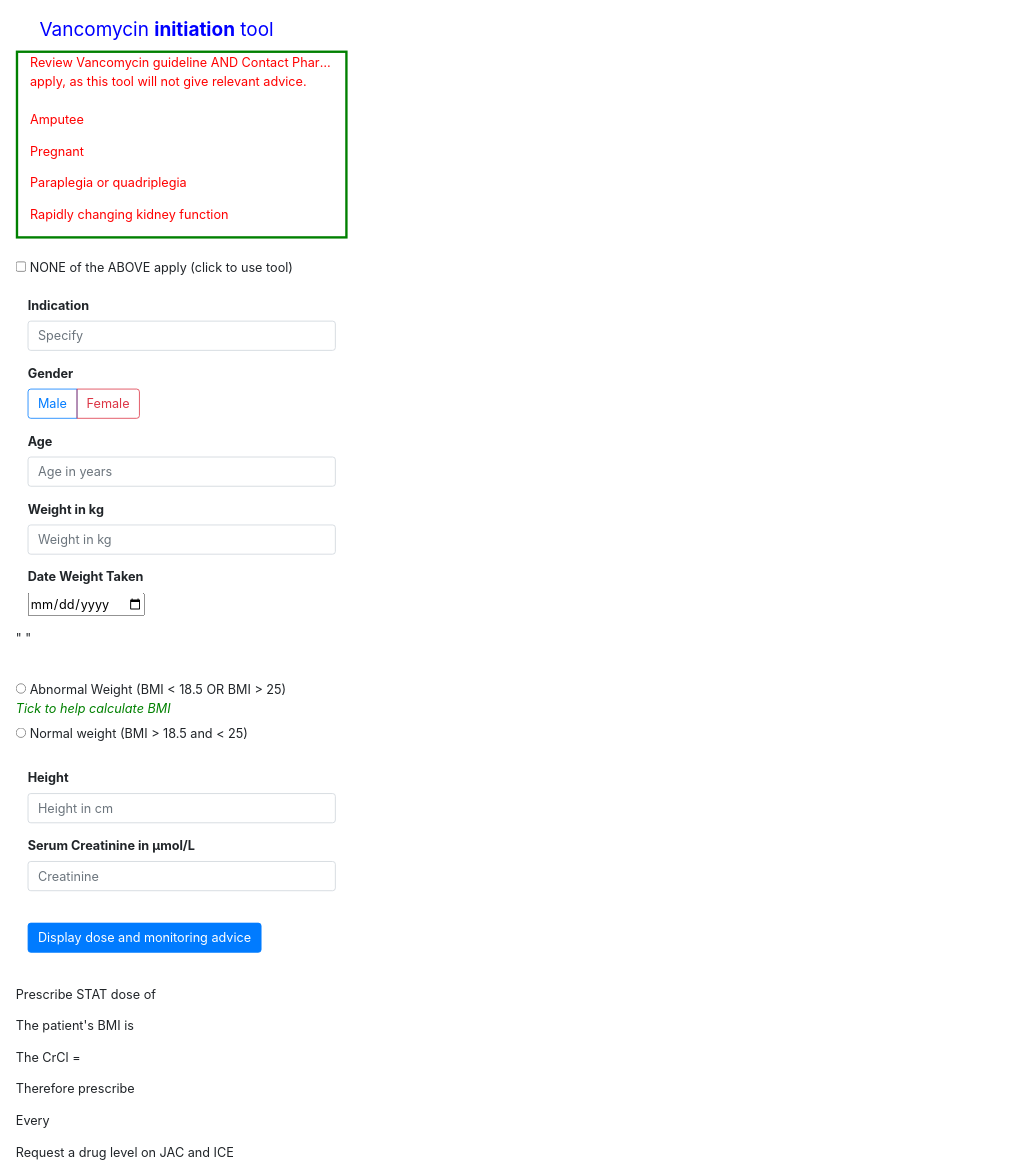
Repository: Mismiles/project-clinical-calculator
Page: index.html
The author's editor kept a record of every edit. The page is drawn from the files as they stood at one moment, then again after the next edit.
The browser window is 1280 px wide. The pictures show the whole page, at 79% of full size.

Above is the page before.

### index.html
<!doctype html>
<html lang="en">
  <head>
    <!-- Required meta tags -->
    <meta charset="utf-8">
    <meta name="viewport" content="width=device-width, initial-scale=1, shrink-to-fit=no">

    <!-- Bootstrap CSS -->
    <link rel="stylesheet" href="https://stackpath.bootstrapcdn.com/bootstrap/4.3.1/css/bootstrap.min.css" integrity="sha384-ggOyR0iXCbMQv3Xipma34MD+dH/1fQ784/j6cY/iJTQUOhcWr7x9JvoRxT2MZw1T" crossorigin="anonymous">

    <!-- Custom CSS -->
    <link href="css/stylesheet.css" rel="stylesheet">

    <title>Vancomycin calculation tool</title>

  </head>
  <body>

<form name="vanc">
<fieldset>

<!-- Form Name -->
<legend>Vancomycin <b>initiation</b> tool</legend>

<!-- Parameters -->
  <div class="col-lg-4 statement" for="parameters" style="color:red">Review Vancomycin guideline AND Contact Pharmacy if any<br> apply, as this tool will not give relevant advice.
    <br>
    <br>
    <p>Amputee</p>
    <p>Pregnant</p>
    <p>Paraplegia or quadriplegia</p>
    <p>Rapidly changing kidney function</p>
	</div>


<!-- Safe to use tool-->
	<br>
      <input type="checkbox" name="parameters" id="showform" onclick="displayForm()">
      NONE of the ABOVE apply (click to use tool)
  </div>
</div>

<section id='vancform'>
<!-- Indication-->
<br>
<div class="form-group">
  <label class="col-md-4 control-label" for="indication"><b>Indication</b></label>
  <div class="col-md-4">
  <input id="indication" name="indication" type="text" autocomplete="off" placeholder="Specify" class="form-control input-md" required="">
  </div>
</div>

<!-- Gender -->
<div class="form-group" required="">
  <label class="col-md-4 control-label" for="gender"><b>Gender</b></label>
  <div class="col-md-4">
   <div class="btn-group btn-group-toggle" data-toggle="buttons">
  <label class="btn btn-outline-primary">
    <input type="radio" name="options" id="male" autocomplete="off"> Male
  </label>
  <label class="btn btn-outline-danger">
    <input type="radio" name="options" id="female" autocomplete="off"> Female
  </label>
</div>
  </div>
</div>

<!-- Age-->
<div class="form-group">
  <label class="col-md-4 control-label" for="age"><b>Age</b></label>
  <div class="col-md-4">
  <input id="age" name="age" type="text" maxlength="3" placeholder="Age in years" autocomplete="off" class="form-control input-md" required="">
  </div>
</div>

<!-- Weight-->
<div class="form-group">
  <label class="col-md-4 control-label" for="weight"><b>Weight in kg</b></label>
  <div class="col-md-4">
  <input id="weight" name="weight" type="text" maxlength="3" placeholder="Weight in kg" autocomplete="off" class="form-control input-md" required="">
</div>
</div>

<!-- Date picker-->
<div class="form-group">
        <label class="col-md-4 control-label" for="date"><b>Date Weight Taken</b></label>
          <div class="col-md-4">
        <input id="form-control input-md date" name="date" autocomplete="off" placeholder="MM/DD/YYY" type="date" required="" onclick="verifyDate()">
          </div>
</div>
<p id="datemessage">" "</p>

  <br>
  <div class="checkbox">
    <label for="parameters-0">
      <input type="radio" name="parameters" id="abnormalWeight" value="" onclick="displayHeight()">
      Abnormal Weight (BMI &lt; 18.5 OR BMI &gt; 25) <br><span style="color:green"><i>Tick to help calculate BMI</i></span>
    </label>
	</div>

	 <div class="checkbox">
    <label for="parameters-1">
      <input type="radio" name="parameters" id="normalweight" value="" onclick="displayHeight()">
      Normal weight (BMI &gt; 18.5 and &lt; 25)
    </label>
	</div>
</div>
</div>

<br>
<!-- Height-->
<section id="heightbox" class="form-group">
  <label class="col-md-4 control-label" for="height"><b>Height</b></label>
  <div class="col-md-4">
  <input id="height" name="height" type="text" maxlength="3" autocomplete="off" placeholder="Height in cm" class="form-control input-md" required="">
</div>
</section>

<!-- Creatinine-->
<div class="form-group">
  <label class="col-md-4 control-label" for="creatinine"><b>Serum Creatinine in µmol/L</b></label>
  <div class="col-md-4">
  <input id="creatinine" name="creatinine" type="text" autocomplete="off" maxlength="3" placeholder="Creatinine" class="form-control input-md" data-bind="value:replyNumber" required="">
  </div>
</div>

<!-- Button -->
<div class="form-group">
  <label class="col-md-4 control-label" for="calculate"></label>
  <div class="col-md-4">
    <script type="text/javascript" src="js/calculation.js"></script>
    <button id="calc" name="calculate" type="button" class="btn btn-primary" onclick="runCalcs();" >Display dose and monitoring advice</button>
  </div>
</div>

</fieldset>
</form>
</section>

<br>
<p id="stat_dose">Prescribe STAT dose of</p>
<p id="bmi_calc">The patient's BMI is</p>
<p id="result_g">The CrCl =</p>
<p id="output_text">Therefore prescribe</p>
<p id="output_text">Every <b></b></p>
<p id="output_text">Request a drug level on JAC and ICE</p>



<!-- Image carousel -->
  <div id="carouselExampleIndicators" class="carousel slide row" data-ride="carousel">
  <ol class="carousel-indicators">
    <li data-target="#carouselExampleIndicators" data-slide-to="0" class="active"></li>
    <li data-target="#carouselExampleIndicators" data-slide-to="1"></li>
    <li data-target="#carouselExampleIndicators" data-slide-to="2"></li>
    <li data-target="#carouselExampleIndicators" data-slide-to="3"></li>
    <li data-target="#carouselExampleIndicators" data-slide-to="4"></li>
    <li data-target="#carouselExampleIndicators" data-slide-to="5"></li>
    <li data-target="#carouselExampleIndicators" data-slide-to="6"></li>
    <li data-target="#carouselExampleIndicators" data-slide-to="7"></li>
    <li data-target="#carouselExampleIndicators" data-slide-to="8"></li>
    <li data-target="#carouselExampleIndicators" data-slide-to="9"></li>
  </ol>
  <div class="carousel-inner">
    <div class="carousel-item active">
      <img class="d-block w-60" src="images/vanc1.jpg" alt="First slide">
    </div>
    <div class="carousel-item">
      <img class="d-block w-60" src="images/app1.jpg" alt="Second slide">
    </div>
    <div class="carousel-item">
      <img class="d-block w-60" src="images/app2.jpg" alt="Third slide">
    </div>
    <div class="carousel-item">
      <img class="d-block w-60" src="images/app3.jpg" alt="Fourth slide">
    </div>
    <div class="carousel-item">
      <img class="d-block w-60" src="images/app41.jpg" alt="Fifth slide">
    </div>
    <div class="carousel-item">
      <img class="d-block w-60" src="images/app42.jpg" alt="Sixth slide">
    </div>
     <div class="carousel-item">
      <img class="d-block w-60" src="images/app43.jpg" alt="Seventh slide">
    </div>
     <div class="carousel-item">
      <img class="d-block w-60" src="images/app5.jpg" alt="Eigth slide">
     </div>
     <div class="carousel-item">
      <img class="d-block w-60" src="images/app6.jpg" alt="Ninth slide">
     </div>
  </div>

  <a class="carousel-control-prev" href="#carouselExampleIndicators" role="button" data-slide="prev">
    <span class="carousel-control-prev-icon" aria-hidden="true"></span>
    <span class="sr-only">Previous</span>
  </a>
  <a class="carousel-control-next" href="#carouselExampleIndicators" role="button" data-slide="next">
    <span class="carousel-control-next-icon" aria-hidden="true"></span>
    <span class="sr-only">Next</span>
  </a>
</div>


    <!-- jQuery first, then Popper.js, then Bootstrap JS -->
    <script src="https://code.jquery.com/jquery-3.3.1.slim.min.js" integrity="sha384-q8i/X+965DzO0rT7abK41JStQIAqVgRVzpbzo5smXKp4YfRvH+8abtTE1Pi6jizo" crossorigin="anonymous"></script>
    <script src="https://cdnjs.cloudflare.com/ajax/libs/popper.js/1.14.7/umd/popper.min.js" integrity="sha384-UO2eT0CpHqdSJQ6hJty5KVphtPhzWj9WO1clHTMGa3JDZwrnQq4sF86dIHNDz0W1" crossorigin="anonymous"></script>
    <script src="https://stackpath.bootstrapcdn.com/bootstrap/4.3.1/js/bootstrap.min.js" integrity="sha384-JjSmVgyd0p3pXB1rRibZUAYoIIy6OrQ6VrjIEaFf/nJGzIxFDsf4x0xIM+B07jRM" crossorigin="anonymous"></script>

        <!-- Calulation JavaScript Code-->
    <script type="text/javascript" href="js/calculation.js"></script>

  </body>
</html>

### css/stylesheet.css
body {
    position: relative;
    font-size: 1em;
    margin-left: 20px;
    margin-top: 20px;

}

legend {
    padding-left: 30px;
    color: blue;
}

.statement {
 border-style: solid;
 border-color: green;
 white-space: nowrap;
 width: 470px;
 overflow: hidden;
 text-overflow: ellipsis;
  }


.height{
  display: none;
}

.vancform {
  display: none;
}

.carousel {
  width:740px;
  height:860px;
  display: none !important;
}

### js/calculation.js
//declare global variables
    var w = document.getElementById('weight');
    var a = window.document.getElementById('age');
    var h = window.document.getElementById('height');
    var c = window.document.getElementById('creatinine');
    var m = document.getElementById("male");
    var f = document.getElementById("female");
    var normalweight = document.getElementById('normalweight');

    console.log('connected');

    // this function displays the form when the checkbox is true
    function displayForm() {
        var checkbox = document.getElementById('showform');
        var vancform = document.getElementById('vancform');

        if (checkbox.checked) {
            vancform.style.display = 'block';
        } else {
            vancform.style.display = 'none';
        }
    }

    //this function displays the height box if abnormal weight is slected
    function displayHeight() {
        var abnormalWeight = document.getElementById('abnormalWeight');
        var heightbox = document.getElementById('heightbox')
        var normalweight = document.getElementById('normalweight')
        var bmiText = document.getElementById('bmi_calc')

        if (abnormalWeight.checked) {
            heightbox.style.display = 'block';
            bmiText.style.display = 'block';
        } else if (normalweight.checked) {
            heightbox.style.display = 'none';
            bmiText.style.display = 'none';
        }
    }

    //indication statement
    function displayIndication() {
        var ind = document.getElementById('ind').value;
        return document.getElementById('indication').innerHTML = "The indication for treatment is " + "<b>" + ind + "<b>";
    }

        // Initial dose calculation
        var vDose;

        function dose() {
            //get the input
            var weight = w.value;

            if (isNaN(weight)) {
                vDose = "<em>Weight</em>must be a number!";
            } else if (weight < 40) {
                vDose = "750"+"mg";
            } else if (weight >=40 && weight<= 59) {
                vDose = "1000"+"mg";
            } else if (weight >=60 && weight<= 90) {
                vDose = "1500"+"mg";
            } else if (weight >90) {
                vDose = "2000"+"mg";
            }
            document.getElementById("stat_dose").innerHTML = "Prescribe STAT dose of " + "<b>" + vDose + "<b>";
        }


        //Calculate BMI
        var bmi;
        function calculateBmi() {
            var weight = w.value;
            var height = h.value;

            if (isNaN(weight)) {
                bmi = "<em>Weight</em>must be a number!";
            }else if (isNaN(height)) {
                bmi = "<em>Height</em>must be a number!";
            }else if (normalweight.checked) {
                bmi = "normal";
            }else {
                bmi = weight/(height/100*height/100).toFixed(2);
        }
            document.getElementById("bmi_calc").innerHTML = "The patient's BMI is  " + "<b>" + bmi + "<b>";
        }


        // If overweight, calculate IBW
                var IBW;
        function idealBodyWeight () {

            var formula = 0.91 * (h.value - 152.4)

            if (bmi > 25 && m.checked) {
                IBW = 50 + formula;
            }
            else if (bmi > 25 && f.checked) {
                 IBW = 45 + formula;
            }
            document.getElementById("ibw_text").innerHTML = "The patient's Ideal body weight is  " + "<b>" + IBW.toFixed(2) + "kg<b>";
        }

        // Crcl without gender or creatinine adjustment
        // var CrCl0;
        // var weight = w.value;
        // var age = a.value;
        // function creatClear() {
        //     var creatinine = c.value;
        //     //get age, weight, creatinie

        //     if (age < 18) {
        //         CrCl0 = "<em>Age</em> cannot equal less than 18!";
        //     } else if (isNaN(age)) {
        //         CrCl0 = "<em>Age</em> must be a number!";
        //     } else if (isNaN(weight)) {
        //         CrCl0 = "<em>Weight</em> must be a number!";
        //     } else if (isNaN(creatinine)) {
        //         CrCl0 = "<em>Creatinine</em> must be a number!";
        //     } else {
        //         CrCl0 = ((140-age)*weight);
        //     }
        // }

        // //CrCl with gender adjustment
        // var genderCalc;
        // function kidneygender(){

        // var male = m.checked;
        // var female = f.checked;
        //     if (male){
        //         genderCalc = CrCl0 *1.23;
        //     } else{
        //         genderCalc = CrCl0 *1.04;
        //     }
        //     document.getElementById("result_g").innerHTML = "The CrCl =  " + "<b>" + (genderCalc/c.value).toFixed(2) + "</b>";
        // }

        var vancRenal;
        function vancCrcl() {
        var male = m.checked;
        var female = f.checked;
        var creatinine = c.value;
        var weight = w.value;
        var age = a.value;

            if (bmi >25 && male){
                vancRenal = ((140-age)* IBW * 1.23)/creatinine;
            }else if (bmi >25 && female){
                vancRenal = ((140-age)* IBW * 1.04)/creatinine;
            }else if ((bmi<25 && bmi>= 18.5) && male){
                vancRenal = ((140-age)* weight * 1.23)/creatinine;
            }else if ((bmi<25 && bmi>= 18.5) && female){
                vancRenal = ((140-age)* weight * 1.04/creatinine);
            }
            document.getElementById("result_g").innerHTML = "The CrCl =  " + "<b>" + vancRenal.toFixed(2) + "</b>";
        }


           var mDose;
    function mDose() {
            //get the input


             if (isNaN(vancRenal)) {
                mDose = "fill out form properly";
             } else if (vancRenal>= 110) {
                mDose = "1500"+"mg"+" every 12 hours," + " request a drug level on ICE and JAC before the 4nd dose. This includes the STAT dose";
             } else if (vancRenal >=90 && vancRenal<= 110) {
                mDose = "1250"+"mg"+" every 12 hours," + " request a drug level on ICE and JAC before the 4nd dose. This includes the STAT dose";
            } else if (vancRenal >=75 && vancRenal<= 89) {
                mDose = "1000"+"mg"+" every 12 hours," + " request a drug level on ICE and JAC before the 4nd dose. This includes the STAT dose";
            } else if (vancRenal >=55 && vancRenal<= 74) {
                mDose = "750"+"mg"+" every 12 hours," + " request a drug level on ICE and JAC before the 4nd dose. This includes the STAT dose";
            } else if (vancRenal >=40 && vancRenal<= 54) {
                mDose = "500"+"mg"+" every 12 hours," + " request a drug level on ICE and JAC before the 4nd dose. This includes the STAT dose";
            } else if (vancRenal >=30 && vancRenal<= 39) {
                mDose = "750"+"mg"+" every 24 hours,"+ " request a drug level on ICE and JAC before the 3rd dose. This includes the STAT dose";
            } else if (vancRenal >=20 && vancRenal<= 29) {
                mDose = "500"+"mg"+" every 48 hours," + " request a drug level on ICE and JAC before the 3rd dose. This includes the STAT dose";
            } else if (vancRenal >=10 && vancRenal<= 20) {
                mDose = "500"+"mg"+" every 48 hours," + " request a drug level on ICE and JAC before the 2nd dose. This includes the STAT dose";
            } else if (vancRenal <=10) {
                mDose = "500"+"mg"+" every 48 hours,"+ " request a drug level on ICE every 24 hours. This includes the STAT dose";
            }


            document.getElementById("main_dose").innerHTML = "Prescribe maintenance dose of " + "<b>" + mDose + "<b>";
        }


        function runCalcs() {
            dose();
            calculateBmi();
            displayIndication();
            idealBodyWeight();
            vancCrcl();
            mDose();
        }

After the next edit:
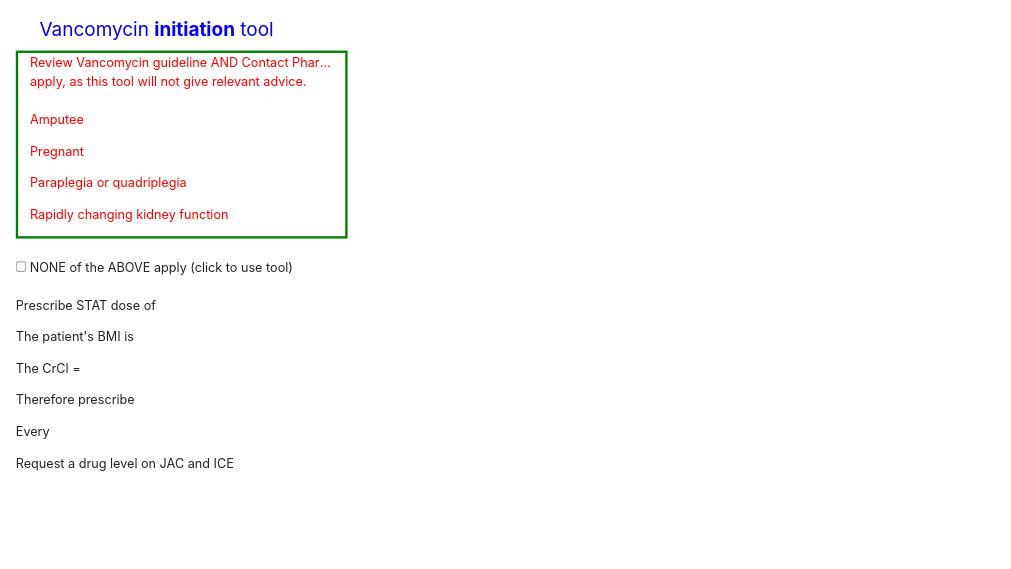
The edit:
--- a/css/stylesheet.css
+++ b/css/stylesheet.css
@@ -25,8 +25,12 @@
   display: none;
 }
 
-.vancform {
+#vancform {
   display: none;
+}
+
+.displayVancform {
+    display: block;
 }
 
 .carousel {

After the edit that followed:
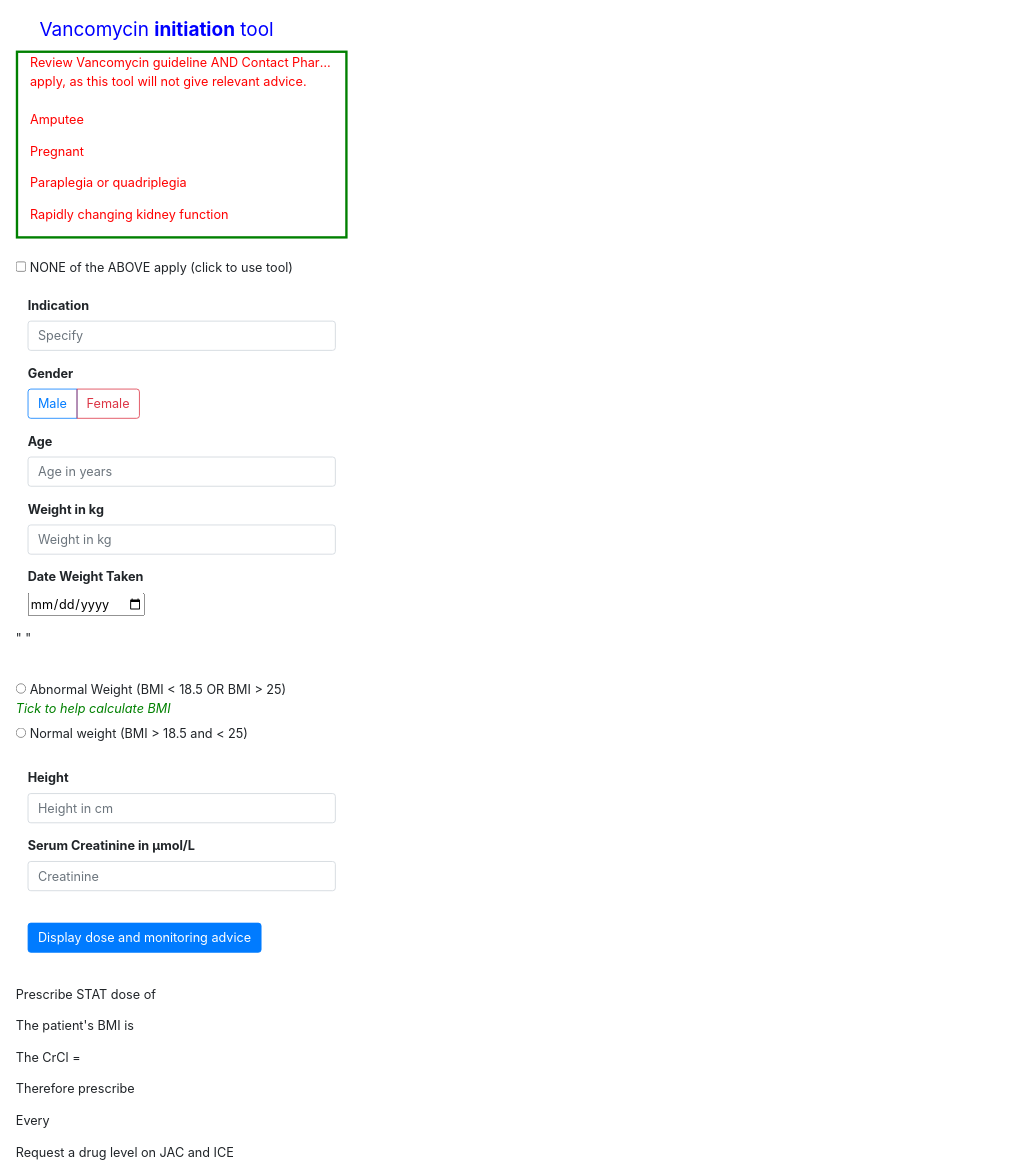
The edit:
--- a/css/stylesheet.css
+++ b/css/stylesheet.css
@@ -25,12 +25,8 @@
   display: none;
 }
 
-#vancform {
+.vancform {
   display: none;
-}
-
-.displayVancform {
-    display: block;
 }
 
 .carousel {
